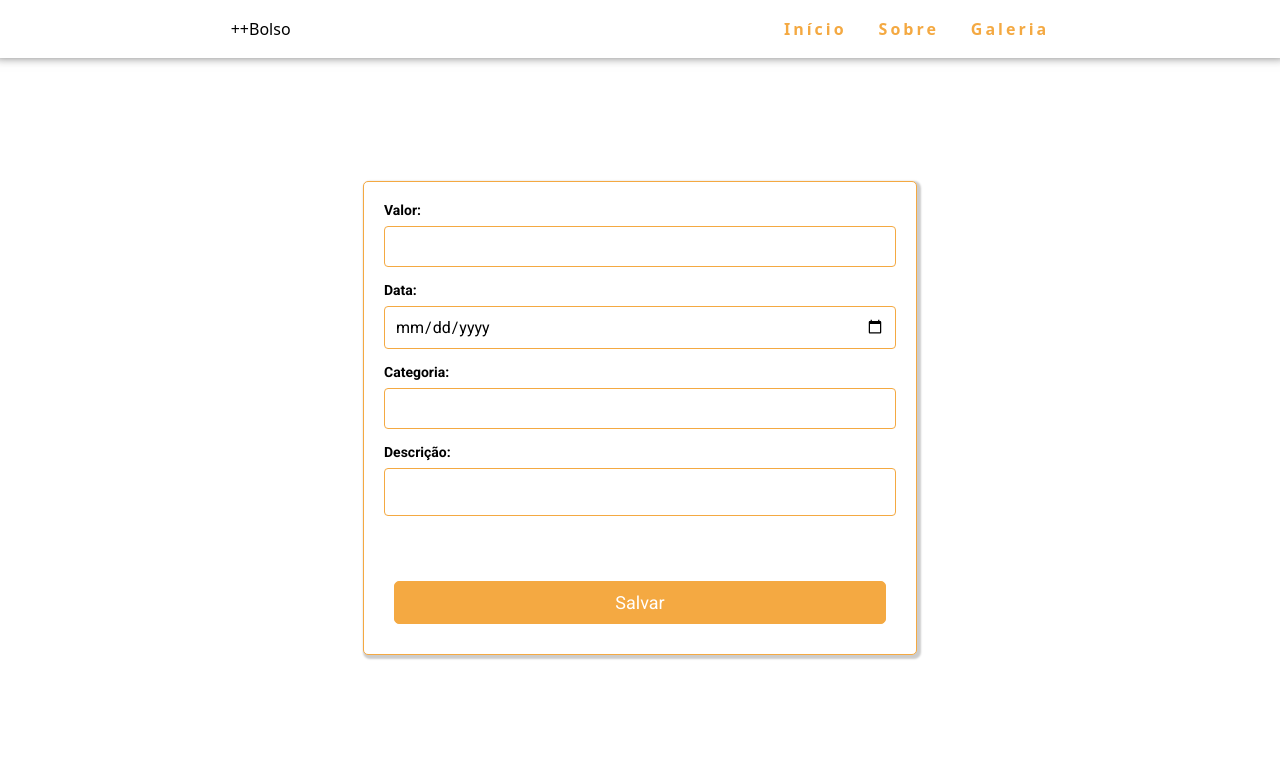
Repository: alexsanderkafka/java-servlets
Page: http://localhost/SaveMoney/cadastrarDespesa.jsp
These files come from the project's save history. The page is drawn as it stood at one moment and after the next save; the edit follows.
The browser window is 1280 px wide. The pictures show the whole page.
The page is served by Tomcat 9. Nobody is signed in. The application's start-up code is not run.

Above is the page before, as saved 2024-10-03 13:15:50.

After the next save:
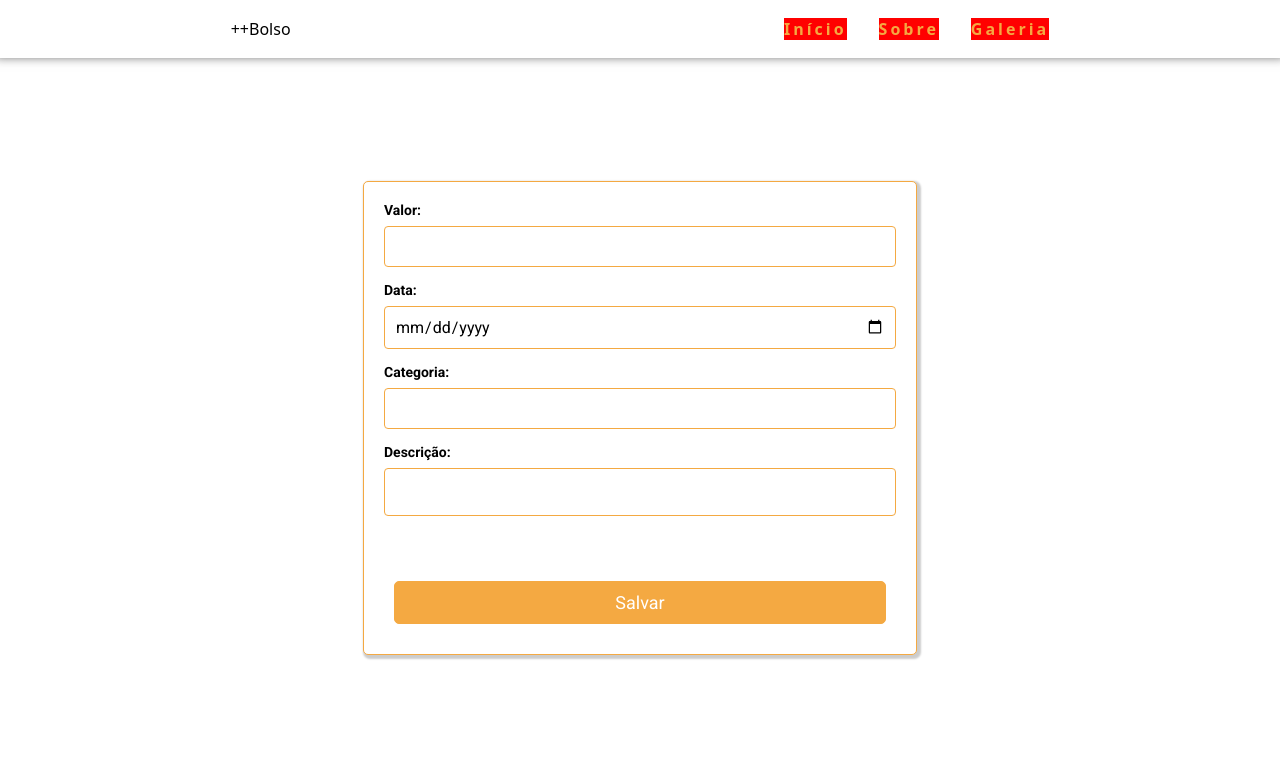
Saved 23 s later.
--- a/SaveMoney/src/main/webapp/styles/style.css
+++ b/SaveMoney/src/main/webapp/styles/style.css
@@ -61,7 +61,7 @@
     transition: background-color 0.5s ease;
 }
 
-.nav-list li a:focus{
+.nav-list li a:link{
 	background-color: red;
 }
 
